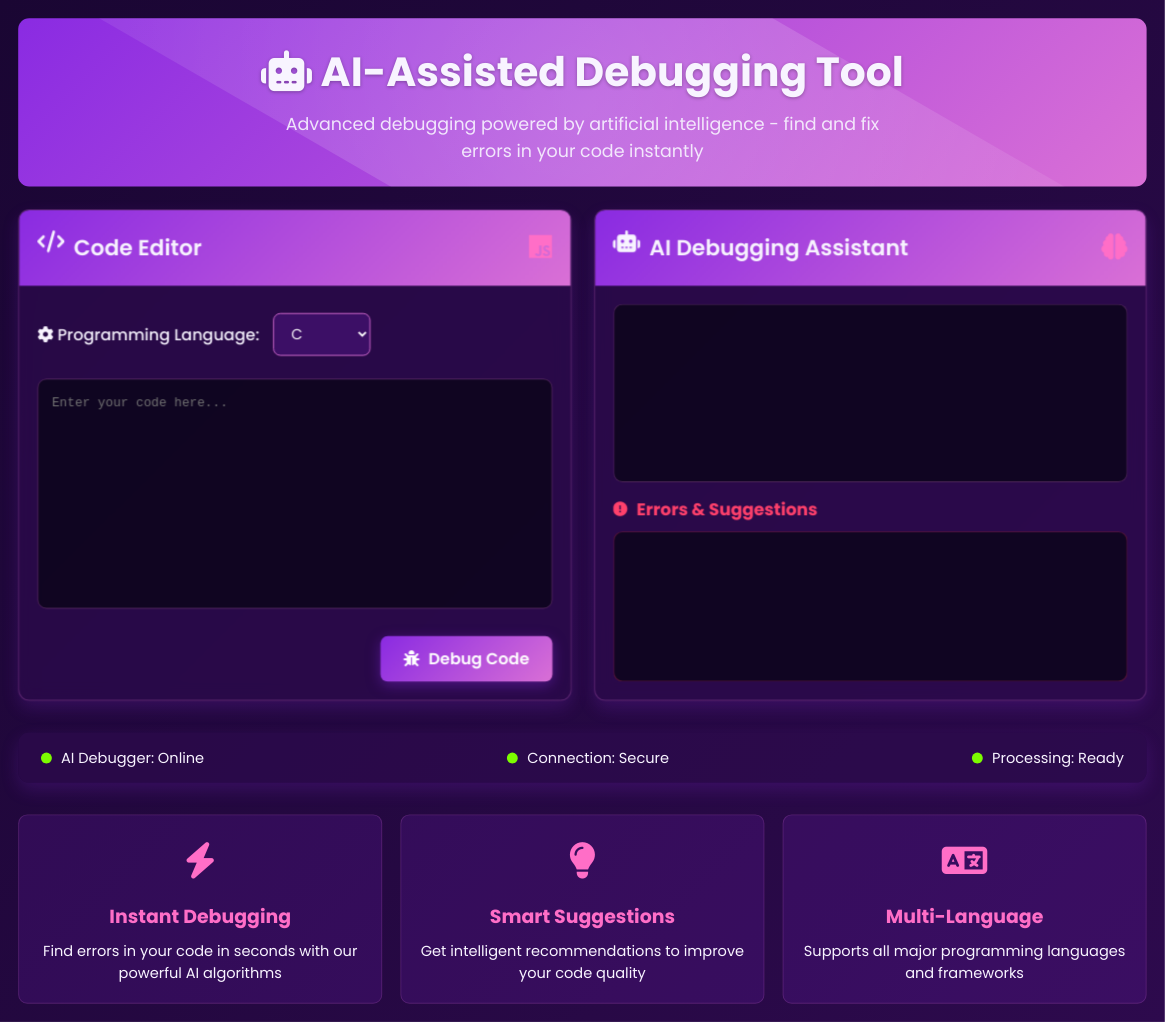
Repository: ujjwalkathait/AI-Asissted_Debugging_tool
Page: Frontend/public/index.html
An editor plug-in stored every save of this project. The page is shown before and after a run of saves, followed by the edit.
The browser window is 1280 px wide. The pictures show the whole page, at 91% of full size.

Above is the page before, as saved 2025-07-13 23:07:39.

### Frontend/public/index.html
<!DOCTYPE html>
<html lang="en">
<head>
    <meta charset="UTF-8">
    <meta name="viewport" content="width=device-width, initial-scale=1.0">
    <title>AI-Assisted Debugging Tool</title>
    <link href="https://fonts.googleapis.com/css2?family=Poppins:wght@300;400;500;600;700&display=swap" rel="stylesheet">
    <link rel="stylesheet" href="https://cdnjs.cloudflare.com/ajax/libs/font-awesome/6.4.0/css/all.min.css">
    <link rel="stylesheet" href="style.css">
</head>
<body>
    <div class="container">
        <header>
            <h1><i class="fas fa-robot"></i> AI-Assisted Debugging Tool</h1>
            <p>Advanced debugging powered by artificial intelligence - find and fix errors in your code instantly</p>
        </header>

        <div class="main-content">
            <div class="panel">
                <div class="panel-header">
                    <div class="panel-title">
                        <i class="fas fa-code floating"></i>
                        <span>Code Editor</span>
                    </div>
                    <div class="language-icon">
                        <i class="fab fa-js"></i>
                    </div>
                </div>
                <div class="panel-body">
                    <div class="editor-container">
                        <div class="language-selector">
                            <label for="language-select"><i class="fas fa-cog"></i> Programming Language:</label>
                            <select id="language-select">
                                <option>C</option>
                                <option>C++</option>
                                <option>Python</option>
                                <option>Java</option>
                            </select>
                        </div>
                        <textarea class="code-editor" id="code-input" placeholder="Enter your code here..."></textarea>
                        <button class="debug-btn" id="debug-button">
                            <i class="fas fa-bug"></i> Debug Code
                        </button>
                    </div>
                </div>
            </div>

            <div class="panel">
                <div class="panel-header">
                    <div class="panel-title">
                        <i class="fas fa-robot floating"></i>
                        <span>AI Debugging Assistant</span>
                    </div>
                    <div class="language-icon">
                        <i class="fas fa-brain"></i>
                    </div>
                </div>
                <div class="panel-body">
                    <div class="output-container">
                        <div class="ai-output" id="debug-output"></div>

                        <div class="error-container">
                            <div class="error-header">
                                <i class="fas fa-exclamation-circle"></i>
                                <h3>Errors & Suggestions</h3>
                            </div>
                            <div class="error-box" id="error-output"></div>
                        </div>
                    </div>
                </div>
            </div>
        </div>

        <div class="status-bar">
            <div class="status-item">
                <div class="status-indicator"></div>
                <span>AI Debugger: Online</span>
            </div>
            <div class="status-item">
                <div class="status-indicator"></div>
                <span>Connection: Secure</span>
            </div>
            <div class="status-item">
                <div class="status-indicator"></div>
                <span>Processing: Ready</span>
            </div>
        </div>

        <div class="feature-grid">
            <div class="feature-card">
                <div class="feature-icon">
                    <i class="fas fa-bolt"></i>
                </div>
                <h3>Instant Debugging</h3>
                <p>Find errors in your code in seconds with our powerful AI algorithms</p>
            </div>
            <div class="feature-card">
                <div class="feature-icon">
                    <i class="fas fa-lightbulb"></i>
                </div>
                <h3>Smart Suggestions</h3>
                <p>Get intelligent recommendations to improve your code quality</p>
            </div>
            <div class="feature-card">
                <div class="feature-icon">
                    <i class="fas fa-language"></i>
                </div>
                <h3>Multi-Language</h3>
                <p>Supports all major programming languages and frameworks</p>
            </div>
        </div>
    </div>

    <script src="script.js"></script>
</body>
</html>

### Frontend/public/style.css
:root {
    --primary: #8A2BE2;
    --secondary: #DA70D6;
    --accent: #FF6EC7;
    --dark: #2D0A4D;
    --light: #F8F4FF;
    --text: #4A2A7C;
    --success: #7CFC00;
    --error: #FF416C;
    --border-radius: 12px;
    --transition: all 0.3s ease;
    --box-shadow: 0 8px 20px rgba(138, 43, 226, 0.2);
    --gradient: linear-gradient(135deg, var(--primary), var(--secondary));
}

* {
    margin: 0;
    padding: 0;
    box-sizing: border-box;
    font-family: 'Poppins', sans-serif;
}

body {
    background: linear-gradient(135deg, #1a0633, #2d0a4d);
    color: var(--light);
    min-height: 100vh;
    padding: 20px;
    display: flex;
    justify-content: center;
    align-items: center;
}

.container {
    width: 100%;
    max-width: 1600px;
    display: flex;
    flex-direction: column;
    gap: 25px;
}

header {
    text-align: center;
    padding: 25px;
    background: var(--gradient);
    border-radius: var(--border-radius);
    box-shadow: var(--box-shadow);
    animation: pulse 3s infinite;
    position: relative;
    overflow: hidden;
}

header::before {
    content: "";
    position: absolute;
    top: -50%;
    left: -50%;
    width: 200%;
    height: 200%;
    background: radial-gradient(circle, rgba(255,255,255,0.2) 0%, rgba(255,255,255,0) 70%);
    transform: rotate(30deg);
}

header h1 {
    font-size: 2.8rem;
    font-weight: 700;
    margin-bottom: 10px;
    text-shadow: 0 2px 4px rgba(0,0,0,0.3);
    position: relative;
}

header p {
    font-size: 1.2rem;
    opacity: 0.9;
    max-width: 700px;
    margin: 0 auto;
    position: relative;
}

.main-content {
    display: flex;
    gap: 25px;
    height: 75vh;
}

.panel {
    background: rgba(45, 10, 77, 0.7);
    backdrop-filter: blur(10px);
    border-radius: var(--border-radius);
    box-shadow: var(--box-shadow);
    overflow: hidden;
    display: flex;
    flex-direction: column;
    border: 1px solid rgba(218, 112, 214, 0.3);
    flex: 1;
}

.panel-header {
    padding: 20px;
    background: var(--gradient);
    display: flex;
    justify-content: space-between;
    align-items: center;
}

.panel-title {
    font-size: 1.5rem;
    font-weight: 600;
    display: flex;
    align-items: center;
    gap: 10px;
}

.panel-body {
    padding: 20px;
    flex: 1;
    display: flex;
    flex-direction: column;
    overflow: hidden;
}

.editor-container {
    flex: 1;
    display: flex;
    flex-direction: column;
    gap: 15px;
}

.language-selector {
    display: flex;
    align-items: center;
    gap: 15px;
    padding: 10px 0;
}

.language-selector label {
    font-size: 1.1rem;
    font-weight: 500;
}

select {
    padding: 10px 15px;
    background: rgba(138, 43, 226, 0.2);
    border: 1px solid var(--secondary);
    border-radius: 8px;
    color: white;
    font-size: 1rem;
    cursor: pointer;
    transition: var(--transition);
    outline: none;
}

select:focus {
    box-shadow: 0 0 0 3px rgba(218, 112, 214, 0.4);
}

.code-editor {
    flex: 1;
    background: rgba(10, 5, 25, 0.8);
    border-radius: 10px;
    border: 1px solid rgba(218, 112, 214, 0.3);
    padding: 15px;
    font-family: 'Courier New', monospace;
    font-size: 14px;
    color: #E6D4FF;
    line-height: 1.5;
    resize: none;
    transition: var(--transition);
}

.code-editor:focus {
    border-color: var(--accent);
    box-shadow: 0 0 0 3px rgba(255, 110, 199, 0.2);
}

.debug-btn {
    padding: 12px 25px;
    background: var(--gradient);
    color: white;
    border: none;
    border-radius: 8px;
    font-size: 1.1rem;
    font-weight: 600;
    cursor: pointer;
    transition: var(--transition);
    display: flex;
    align-items: center;
    justify-content: center;
    gap: 10px;
    margin-top: 15px;
    align-self: flex-end;
    box-shadow: 0 4px 15px rgba(138, 43, 226, 0.4);
}

.debug-btn:hover {
    transform: translateY(-3px);
    box-shadow: 0 6px 20px rgba(138, 43, 226, 0.6);
}

.debug-btn:active {
    transform: translateY(1px);
}

.output-container {
    flex: 1;
    display: flex;
    flex-direction: column;
    gap: 15px;
    overflow: hidden;
}

.ai-output {
    background: rgba(10, 5, 25, 0.8);
    border-radius: 10px;
    border: 1px solid rgba(218, 112, 214, 0.3);
    padding: 15px;
    font-family: 'Courier New', monospace;
    font-size: 14px;
    color: #E6D4FF;
    line-height: 1.5;
    overflow-y: auto;
    height: 200px;
}

.error-container {
    display: flex;
    flex-direction: column;
    gap: 10px;
    height: 210px;
}

.error-header {
    display: flex;
    align-items: center;
    gap: 10px;
    color: var(--error);
}

.error-box {
    background: rgba(10, 5, 25, 0.8);
    border-radius: 10px;
    border: 1px solid rgba(255, 65, 108, 0.3);
    padding: 15px;
    font-family: 'Courier New', monospace;
    font-size: 14px;
    color: #FFA8BA;
    line-height: 1.5;
    overflow-y: auto;
    height: 100%;
}
.error-box pre{
    margin: 0;
    white-space: pre-wrap;
    word-break: break-word;

}
.status-bar {
    display: flex;
    justify-content: space-between;
    padding: 15px 25px;
    background: rgba(45, 10, 77, 0.7);
    border-radius: var(--border-radius);
    box-shadow: var(--box-shadow);
    margin-top: 10px;
}

.status-item {
    display: flex;
    align-items: center;
    gap: 10px;
}

.status-indicator {
    width: 12px;
    height: 12px;
    border-radius: 50%;
    background: var(--success);
}

.status-indicator.error {
    background: var(--error);
}

.language-icon {
    font-size: 1.8rem;
    color: var(--accent);
}

.feature-grid {
    display: grid;
    grid-template-columns: repeat(3, 1fr);
    gap: 20px;
    margin-top: 10px;
}

.feature-card {
    background: rgba(138, 43, 226, 0.15);
    border-radius: 10px;
    padding: 20px;
    text-align: center;
    transition: var(--transition);
    border: 1px solid rgba(218, 112, 214, 0.2);
}

.feature-card:hover {
    transform: translateY(-5px);
    background: rgba(138, 43, 226, 0.25);
    box-shadow: 0 8px 20px rgba(138, 43, 226, 0.3);
}

.feature-icon {
    font-size: 2.5rem;
    color: var(--accent);
    margin-bottom: 15px;
}

.feature-card h3 {
    font-size: 1.3rem;
    margin-bottom: 10px;
    color: var(--accent);
}

/* Animations */
@keyframes pulse {
    0% { box-shadow: 0 0 0 0 rgba(138, 43, 226, 0.6); }
    70% { box-shadow: 0 0 0 15px rgba(138, 43, 226, 0); }
    100% { box-shadow: 0 0 0 0 rgba(138, 43, 226, 0); }
}

@keyframes float {
    0% { transform: translateY(0px); }
    50% { transform: translateY(-10px); }
    100% { transform: translateY(0px); }
}

.floating {
    animation: float 3s ease-in-out infinite;
}

/* Scrollbar styling */
::-webkit-scrollbar {
    width: 8px;
}

::-webkit-scrollbar-track {
    background: rgba(45, 10, 77, 0.3);
    border-radius: 4px;
}

::-webkit-scrollbar-thumb {
    background: var(--secondary);
    border-radius: 4px;
}

::-webkit-scrollbar-thumb:hover {
    background: var(--accent);
}

/* Responsive design */
@media (max-width: 1200px) {
    .main-content {
        flex-direction: column;
        height: auto;
    }

    .feature-grid {
        grid-template-columns: repeat(2, 1fr);
    }
}

@media (max-width: 768px) {
    .feature-grid {
        grid-template-columns: 1fr;
    }

    header h1 {
        font-size: 2.2rem;
    }

    .panel-header {
        padding: 15px;
    }
}

### Frontend/public/script.js
// document.addEventListener('DOMContentLoaded', function () {
//     const debugBtn = document.getElementById('debug-button');
//     const codeInput = document.getElementById('code-input');
//     const debugOutput = document.getElementById('debug-output');
//     const errorOutput = document.getElementById('error-output');
//     const languageSelect = document.getElementById('language-select');
//     const languageIcon = document.querySelector('.language-icon i');

//     // Language icons mapping
//     const languageIcons = {
//         'JavaScript': 'fab fa-js',
//         'Python': 'fab fa-python',
//         'Java': 'fab fa-java',
//         'C++': 'fas fa-c++',
//         'C': 'fas fa-c',
//         'TypeScript': 'fas fa-code',
//         'PHP': 'fab fa-php',
//         'Ruby': 'fas fa-gem'
//     };

//     // Update language icon when selection changes
//     languageSelect.addEventListener('change', function () {
//         const lang = this.value;
//         languageIcon.className = languageIcons[lang] || 'fas fa-code';
//     });

//     // Debug button functionality
//     debugBtn.addEventListener('click', async function () {
//         const code = codeInput.value.trim();
//         const language = languageSelect.value;

//         if (!code) {
//             errorOutput.innerHTML = `<pre style="color:orange;">⚠️ Please enter some code before debugging.</pre>`;
//             return;
//         }

//         // UI feedback
//         debugBtn.innerHTML = '<i class="fas fa-spinner fa-spin"></i> Debugging...';
//         debugBtn.disabled = true;
//         debugOutput.textContent = '';
//         errorOutput.innerHTML = '';

//         try {
//             const response = await fetch("http://localhost:3000/debug", {
//                 method: "POST",
//                 headers: {
//                     "Content-Type": "application/json"
//                 },
//                 body: JSON.stringify({ code, language })
//             });

//             if (!response.ok) {
//                 throw new Error("Server error while debugging.");
//             }

//             const result = await response.json();

//             // Show corrected code
//             // debugOutput.textContent = result.fixedCode || "// No corrections found.";
//             debugOutput.innerHTML = `<pre>${result.fixedCode || "// No corrections found."}</pre>`;


//             // Show errors or success
//             if (result.errors) {
//                 errorOutput.innerHTML = `<pre style="color:red;">${result.errors}</pre>`;
//             } else {
//                 errorOutput.innerHTML = `<pre style="color:lightgreen;">✅ No syntax errors detected.</pre>`;
//             }

//         } catch (err) {
//             errorOutput.innerHTML = `<pre style="color:red;">⚠️ Error: ${err.message}</pre>`;
//         } finally {
//             // Reset button state
//             debugBtn.innerHTML = '<i class="fas fa-bug"></i> Debug Code';
//             debugBtn.disabled = false;
//             debugBtn.style.background = 'linear-gradient(135deg, #00c853, #7cfc00)';
//             setTimeout(() => {
//                 debugBtn.style.background = 'var(--gradient)';
//             }, 2000);
//         }
//     });

//     // Add example code on first click (optional)
//     codeInput.addEventListener('click', function () {
//         if (this.value === '') {
//             this.value = '';
//         }
//     });
// });

document.addEventListener('DOMContentLoaded', function () {
    const debugBtn = document.getElementById('debug-button');
    const codeInput = document.getElementById('code-input');
    const debugOutput = document.getElementById('debug-output');
    const errorOutput = document.getElementById('error-output');
    const languageSelect = document.getElementById('language-select');
    const languageIcon = document.querySelector('.language-icon i');

    const languageIcons = {
        'JavaScript': 'fab fa-js',
        'Python': 'fab fa-python',
        'Java': 'fab fa-java',
        'C++': 'fas fa-c++',
        'C': 'fas fa-c',
        'TypeScript': 'fas fa-code',
        'PHP': 'fab fa-php',
        'Ruby': 'fas fa-gem'
    };

    languageSelect.addEventListener('change', function () {
        const lang = this.value;
        languageIcon.className = languageIcons[lang] || 'fas fa-code';
    });

    debugBtn.addEventListener('click', async function () {
        const code = codeInput.value.trim();
        const language = languageSelect.value;

        if (!code) {
            errorOutput.innerHTML = `<pre style="color:orange;">⚠️ Please enter some code before debugging.</pre>`;
            return;
        }

        debugBtn.innerHTML = '<i class="fas fa-spinner fa-spin"></i> Debugging...';
        debugBtn.disabled = true;
        debugOutput.textContent = '';
        errorOutput.innerHTML = '';

        try {
            const response = await fetch("http://localhost:3000/debug", {
                method: "POST",
                headers: {
                    "Content-Type": "application/json"
                },
                body: JSON.stringify({ code, language })
            });

            if (!response.ok) {
                throw new Error("Server error while debugging.");
            }

            const result = await response.json();

            debugOutput.innerHTML = `<pre>${result.fixedCode || "// No corrections found."}</pre>`;

            if (result.errors) {
                errorOutput.innerHTML = `<pre style="color:red;">${result.errors}</pre>`;
            } else {
                errorOutput.innerHTML = `<pre style="color:lightgreen;">✅ No syntax errors detected.</pre>`;
            }

            if (result.explanation) {
                errorOutput.innerHTML += `<br><pre style="color:deepskyblue;">💡 Gemini says: ${result.explanation}</pre>`;
            }

        } catch (err) {
            errorOutput.innerHTML = `<pre style="color:red;">⚠️ Error: ${err.message}</pre>`;
        } finally {
            debugBtn.innerHTML = '<i class="fas fa-bug"></i> Debug Code';
            debugBtn.disabled = false;
            debugBtn.style.background = 'linear-gradient(135deg, #00c853, #7cfc00)';
            setTimeout(() => {
                debugBtn.style.background = 'var(--gradient)';
            }, 2000);
        }
    });

    codeInput.addEventListener('click', function () {
        if (this.value === '') {
            this.value = '';
        }
    });
});

After the next 2 saves:
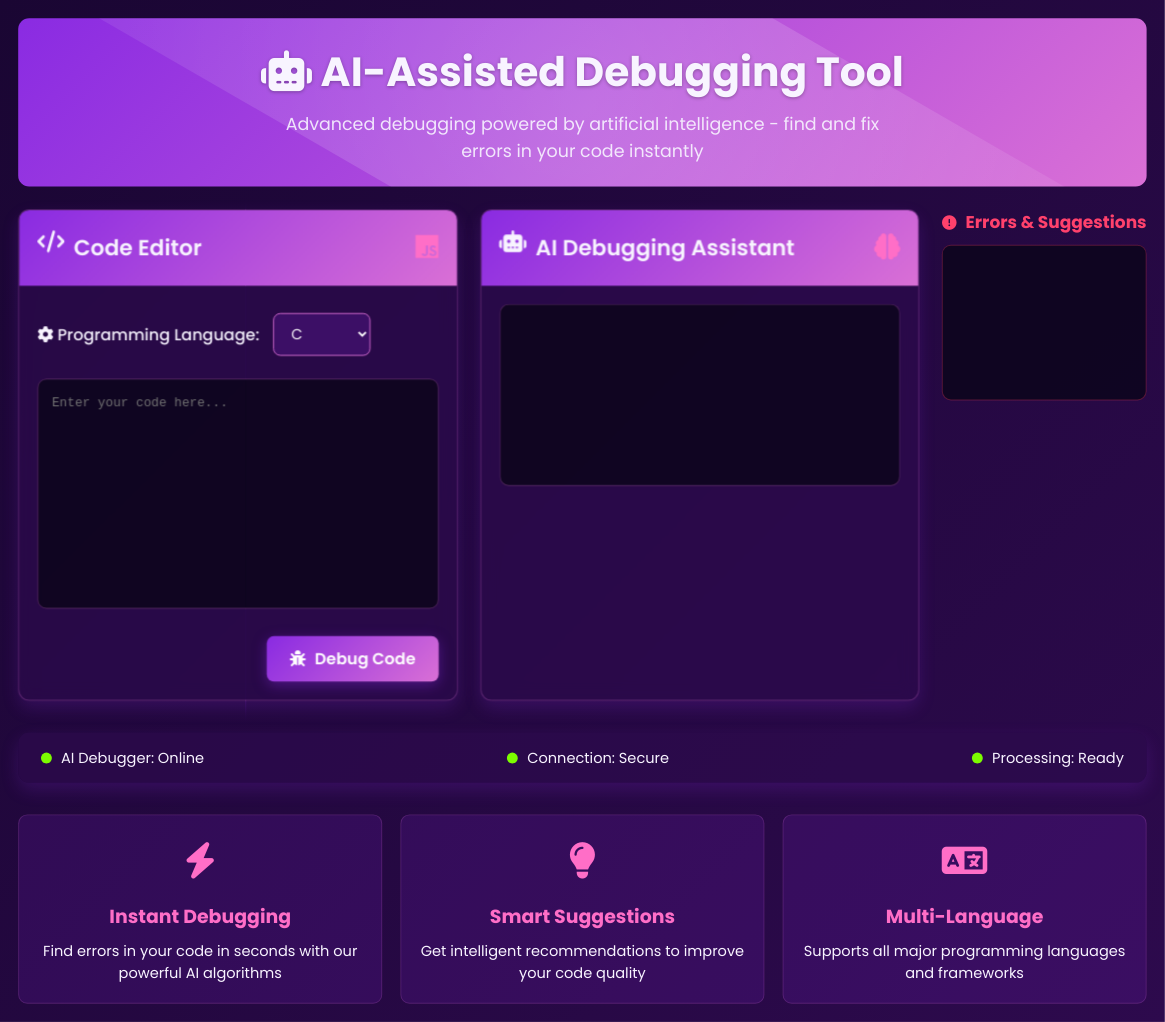
The 2 saves are shown as one change because they came seconds apart.
The last was saved 24 s later.
--- a/Frontend/public/index.html
+++ b/Frontend/public/index.html
@@ -59,15 +59,15 @@
                     <div class="output-container">
                         <div class="ai-output" id="debug-output"></div>
 
-                        <div class="error-container">
-                            <div class="error-header">
-                                <i class="fas fa-exclamation-circle"></i>
-                                <h3>Errors & Suggestions</h3>
-                            </div>
-                            <div class="error-box" id="error-output"></div>
-                        </div>
                     </div>
                 </div>
+            </div>
+            <div class="error-container">
+                <div class="error-header">
+                    <i class="fas fa-exclamation-circle"></i>
+                    <h3>Errors & Suggestions</h3>
+                </div>
+                <div class="error-box" id="error-output"></div>
             </div>
         </div>
 
